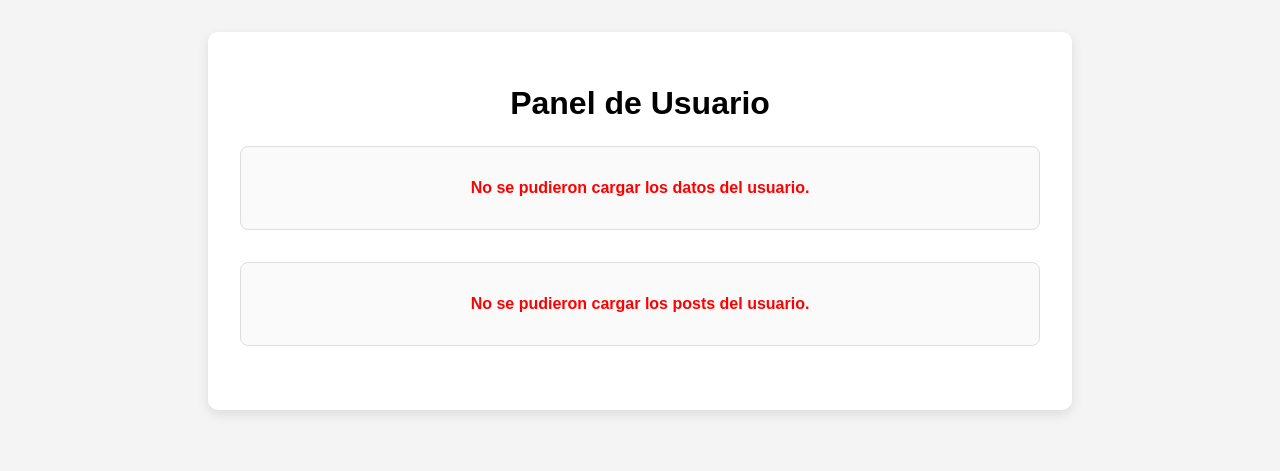
Repository: covaa15/DWEC
Page: Ejer_11/Ejercicio4/index.html
These files come from the project's save history. The page is drawn as it stood at one moment and after the next save; the edit follows.
The browser window is 1280 px wide. The pictures show the whole page.
The page's requests for data from a server got no answer.

Above is the page before, as saved 2025-12-13 19:45:37.

### Ejer_11/Ejercicio4/index.html
<!DOCTYPE html>
<html lang="es">
<head>
    <meta charset="UTF-8">
    <meta name="viewport" content="width=device-width, initial-scale=1.0">
    <title>Panel de Control - Red Social</title>
    <link rel="stylesheet" href="styles.css">
</head>
<body>
    <div id="dashboard">
        <h1>Panel de Usuario</h1>

        <!-- Spinner de carga -->
        <div id="loading-spinner" class="spinner"></div>

        <!-- Información del usuario -->
        <div id="user-widget" class="widget"></div>

        <!-- Últimos posts -->
        <div id="posts-widget" class="widget"></div>

        <!-- Mensaje de error genérico -->
        <div class="error-fetch" hidden>
             Error al cargar los datos. Por favor, intenta de nuevo.
        </div>
    </div>

    <script src="./scripts.js"></script>
</body>
</html>

### Ejer_11/Ejercicio4/styles.css
body {
    font-family: Arial, sans-serif;
    background-color: #f4f4f4;
    margin: 0;
    padding: 2rem;
    display: flex;
    justify-content: center;
}

#dashboard {
    max-width: 800px;
    width: 90%;
    background: white;
    padding: 2rem;
    border-radius: 10px;
    box-shadow: 0 4px 12px rgba(0,0,0,0.1);
}

h1 {
    text-align: center;
    margin-bottom: 1.5rem;
}

.widget {
    margin-bottom: 2rem;
    padding: 1rem;
    border: 1px solid #ddd;
    border-radius: 8px;
    background-color: #fafafa;
}

.spinner {
    border: 5px solid #f3f3f3;
    border-top: 5px solid #3498db;
    border-radius: 50%;
    width: 50px;
    height: 50px;
    margin: 1rem auto;
    animation: spin 1s linear infinite;
}

@keyframes spin {
    0% { transform: rotate(0deg); }
    100% { transform: rotate(360deg); }
}

.error {
    color: red;
    font-weight: bold;
    text-align: center;
}

### Ejer_11/Ejercicio4/scripts.js
document.addEventListener('DOMContentLoaded', init);

async function init() {
    mostrarSpinner(true);

    const userUrl = 'https://jsonplaceholder.typicode.com/users/1';
    const postsUrl = 'https://jsonplaceholder.typicode.com/posts?userId=1';

    try {
        // Ejecutamos ambas peticiones concurrentemente
        const resultados = await Promise.allSettled([
            fetch(userUrl).then(checkStatus),
            fetch(postsUrl).then(checkStatus)
        ]);

        mostrarSpinner(false);

        const [userResult, postsResult] = resultados;

        // Manejo de usuario
        if (userResult.status === "fulfilled") {
            const userData = await userResult.value.json();
            renderUser(userData);
        } else {
            renderError('user-widget', 'No se pudieron cargar los datos del usuario.');
            console.error(userResult.reason);
        }

        // Manejo de posts
        if (postsResult.status === "fulfilled") {
            const postsData = await postsResult.value.json();
            renderPosts(postsData.slice(-3).reverse());
        } else {
            renderError('posts-widget', 'No se pudieron cargar los posts del usuario.');
            console.error(postsResult.reason);
        }

        // Si ambos fallan
        if (userResult.status === "rejected" && postsResult.status === "rejected") {
            alert('Error: No se pudieron cargar los datos del usuario ni sus posts.');
        }

    } catch (error) {
        mostrarSpinner(false);
        console.error("Error inesperado:", error);
        alert('Ocurrió un error inesperado al cargar los datos.');
    }
}

// Función para comprobar HTTP status
function checkStatus(response) {
    if (!response.ok) {
        throw new Error(`HTTP error! status: ${response.status}`);
    }
    return response;
}

function mostrarSpinner(mostrar) {
    document.querySelector('#loading-spinner').hidden = !mostrar;
}

function renderUser(user) {
    const contenedor = document.querySelector('#user-widget');
    contenedor.innerHTML = `
        <h2>Usuario</h2>
        <p><strong>Nombre:</strong> ${user.name}</p>
        <p><strong>Usuario:</strong> ${user.username}</p>
        <p><strong>Email:</strong> ${user.email}</p>
        <p><strong>Teléfono:</strong> ${user.phone}</p>
        <p><strong>Website:</strong> ${user.website}</p>
        <p><strong>Compañía:</strong> ${user.company.name}</p>
    `;
}

function renderPosts(posts) {
    const contenedor = document.querySelector('#posts-widget');
    contenedor.innerHTML = `<h2>Últimos 3 posts</h2>`;
    posts.forEach(post => {
        const postDiv = document.createElement('div');
        postDiv.innerHTML = `
            <h3>${post.title}</h3>
            <p>${post.body}</p>
        `;
        postDiv.style.marginBottom = "1rem";
        contenedor.appendChild(postDiv);
    });
}

function renderError(widgetId, mensaje) {
    const contenedor = document.querySelector(`#${widgetId}`);
    contenedor.innerHTML = `<p class="error">${mensaje}</p>`;
}

After the next save:
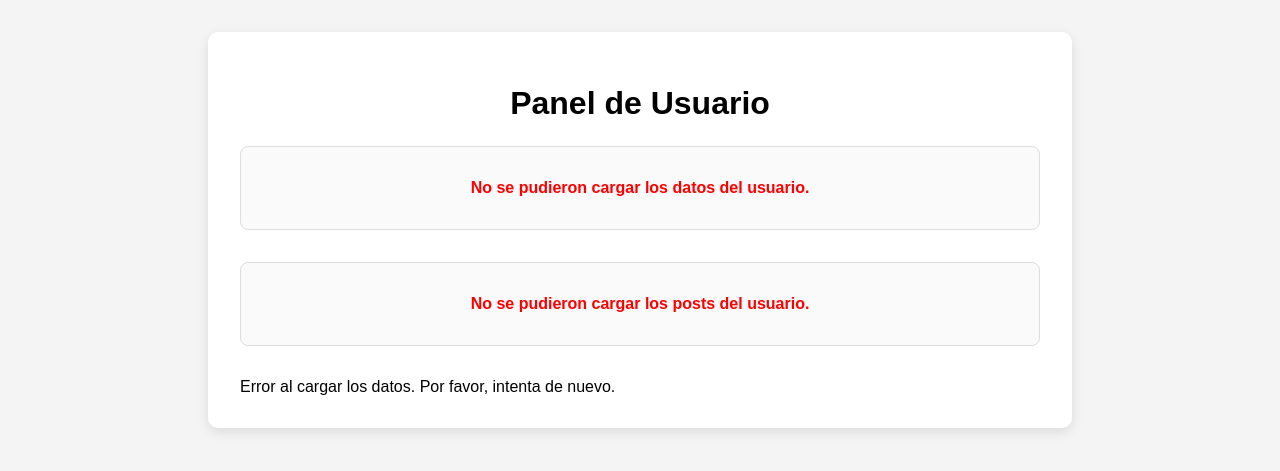
Saved 6 s later.
--- a/Ejer_11/Ejercicio4/scripts.js
+++ b/Ejer_11/Ejercicio4/scripts.js
@@ -6,53 +6,55 @@ async function init() {
     const userUrl = 'https://jsonplaceholder.typicode.com/users/1';
     const postsUrl = 'https://jsonplaceholder.typicode.com/posts?userId=1';
 
+    let userData = null;
+    let postsData = null;
+
     try {
-        // Ejecutamos ambas peticiones concurrentemente
+        // Carga concurrente
         const resultados = await Promise.allSettled([
-            fetch(userUrl).then(checkStatus),
-            fetch(postsUrl).then(checkStatus)
+            fetchJSON(userUrl),
+            fetchJSON(postsUrl)
         ]);
-
-        mostrarSpinner(false);
 
         const [userResult, postsResult] = resultados;
 
-        // Manejo de usuario
-        if (userResult.status === "fulfilled") {
-            const userData = await userResult.value.json();
+        // Usuario
+        if (userResult.status === 'fulfilled') {
+            userData = userResult.value;
             renderUser(userData);
         } else {
             renderError('user-widget', 'No se pudieron cargar los datos del usuario.');
             console.error(userResult.reason);
         }
 
-        // Manejo de posts
-        if (postsResult.status === "fulfilled") {
-            const postsData = await postsResult.value.json();
-            renderPosts(postsData.slice(-3).reverse());
+        // Posts
+        if (postsResult.status === 'fulfilled') {
+            postsData = postsResult.value;
+            renderPosts(postsData.slice(-3).reverse()); // últimos 3 posts
         } else {
             renderError('posts-widget', 'No se pudieron cargar los posts del usuario.');
             console.error(postsResult.reason);
         }
 
+        mostrarSpinner(false);
+
         // Si ambos fallan
-        if (userResult.status === "rejected" && postsResult.status === "rejected") {
-            alert('Error: No se pudieron cargar los datos del usuario ni sus posts.');
+        if (!userData && !postsData) {
+            document.querySelector('.error-fetch').hidden = false;
         }
 
     } catch (error) {
         mostrarSpinner(false);
         console.error("Error inesperado:", error);
-        alert('Ocurrió un error inesperado al cargar los datos.');
+        document.querySelector('.error-fetch').hidden = false;
     }
 }
 
-// Función para comprobar HTTP status
-function checkStatus(response) {
-    if (!response.ok) {
-        throw new Error(`HTTP error! status: ${response.status}`);
-    }
-    return response;
+// Función fetch segura
+async function fetchJSON(url) {
+    const res = await fetch(url);
+    if (!res.ok) throw new Error(`HTTP error ${res.status}`);
+    return res.json();
 }
 
 function mostrarSpinner(mostrar) {
